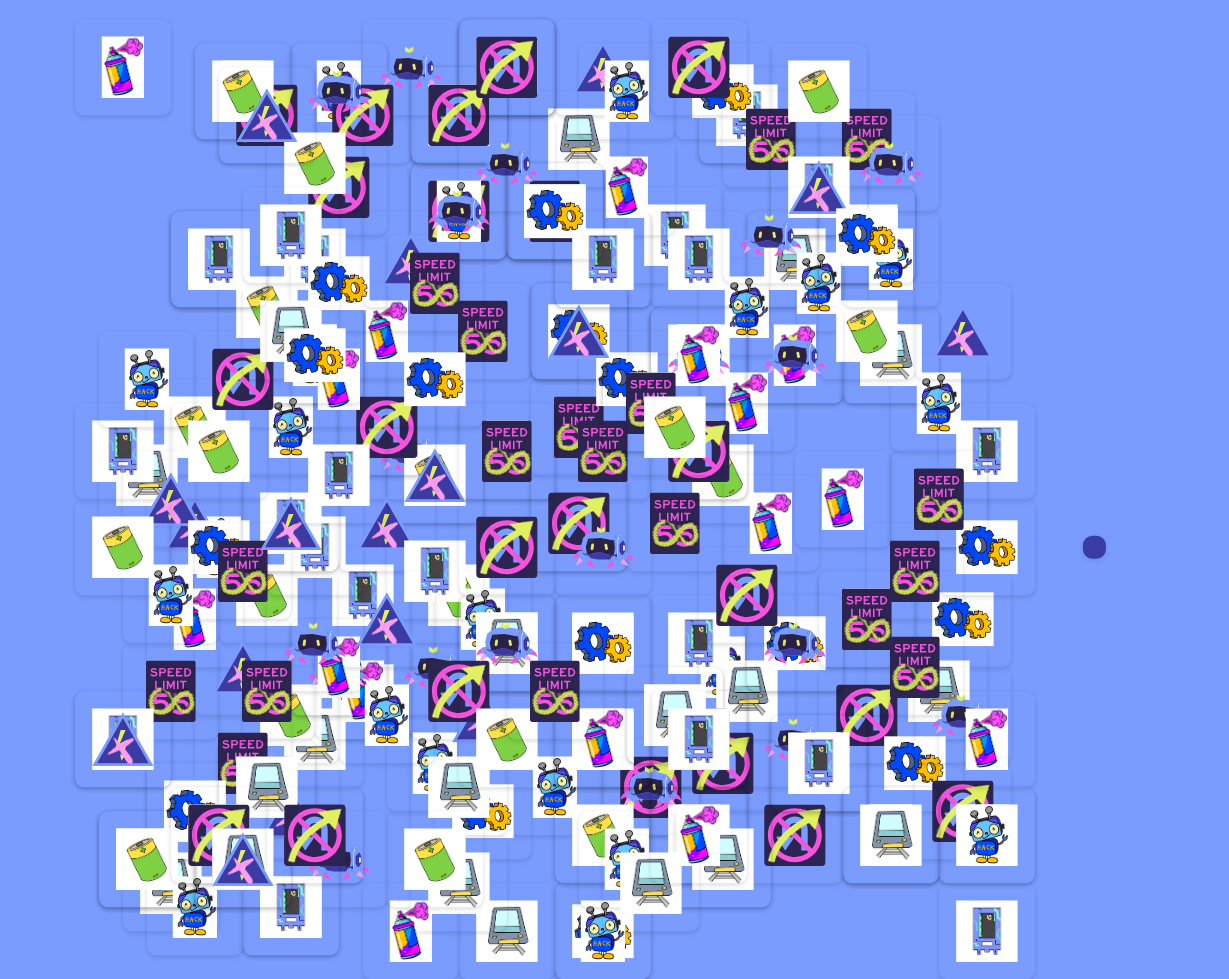
Repository: Avril-Cui/hack-puzzle
Page: / (app in client/)
An editor plug-in stored every save of this project. The page is shown before and after the next save, followed by the edit.
The browser window is 1280 px wide. The pictures show the whole page, at 96% of full size.
The project was rebuilt for these pictures with package versions that can differ from the ones it lists, and the page was loaded fresh each time. The framework's server and built-in components were replaced by stand-ins that run in the browser. Also part of the build but not shown: client/next.config.ts.

Above is the page before, as saved 2025-06-11 19:44:53.

After the next save:
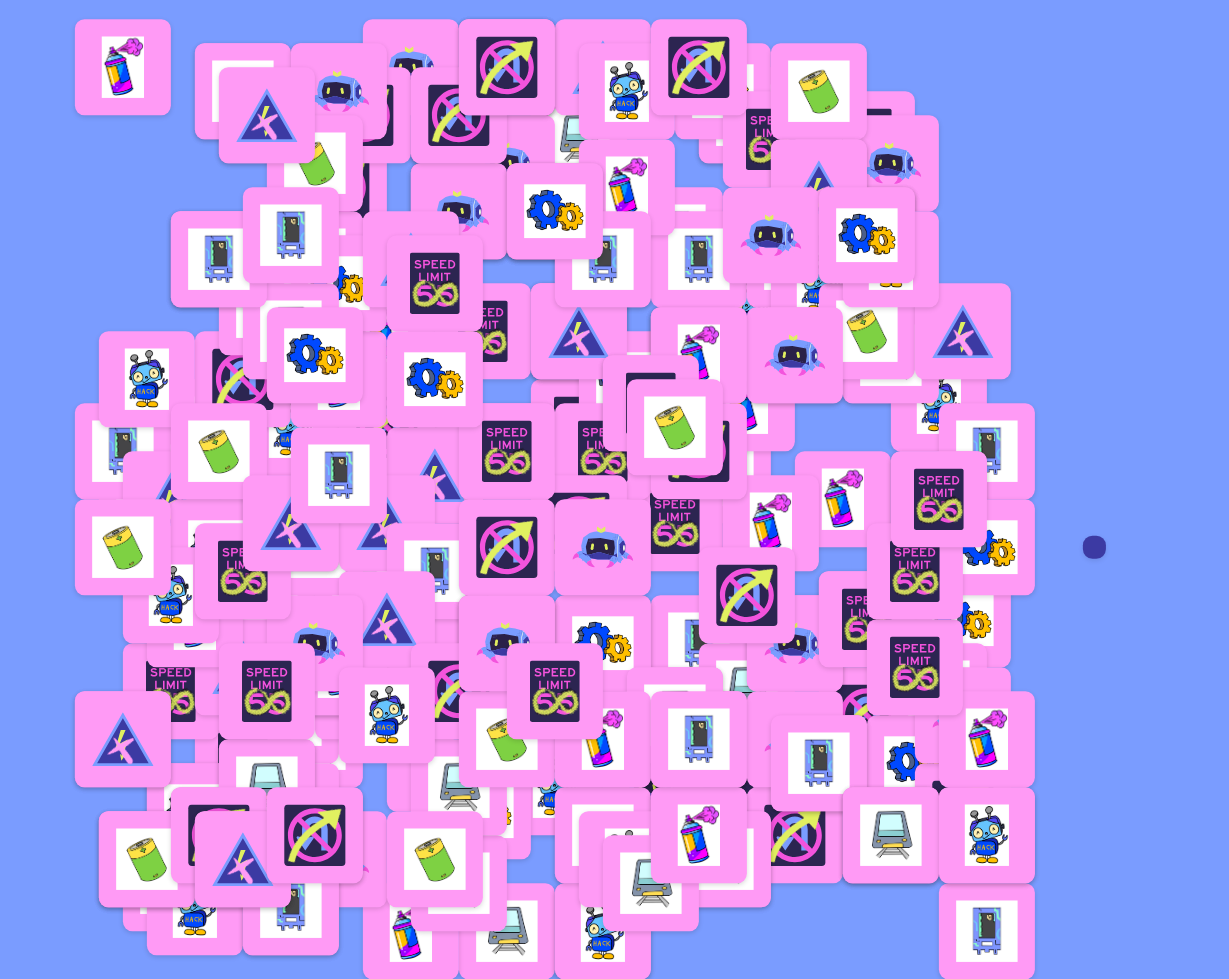
Saved 8 s later.
--- a/client/components/Game.module.css
+++ b/client/components/Game.module.css
@@ -17,7 +17,7 @@
   position: absolute;
   width: 100px;
   height: 100px;
-  background: ##FF9AF5;
+  background: #FF9AF5;
   border-radius: 10px;
   font-size: 40px;
   display: flex;
